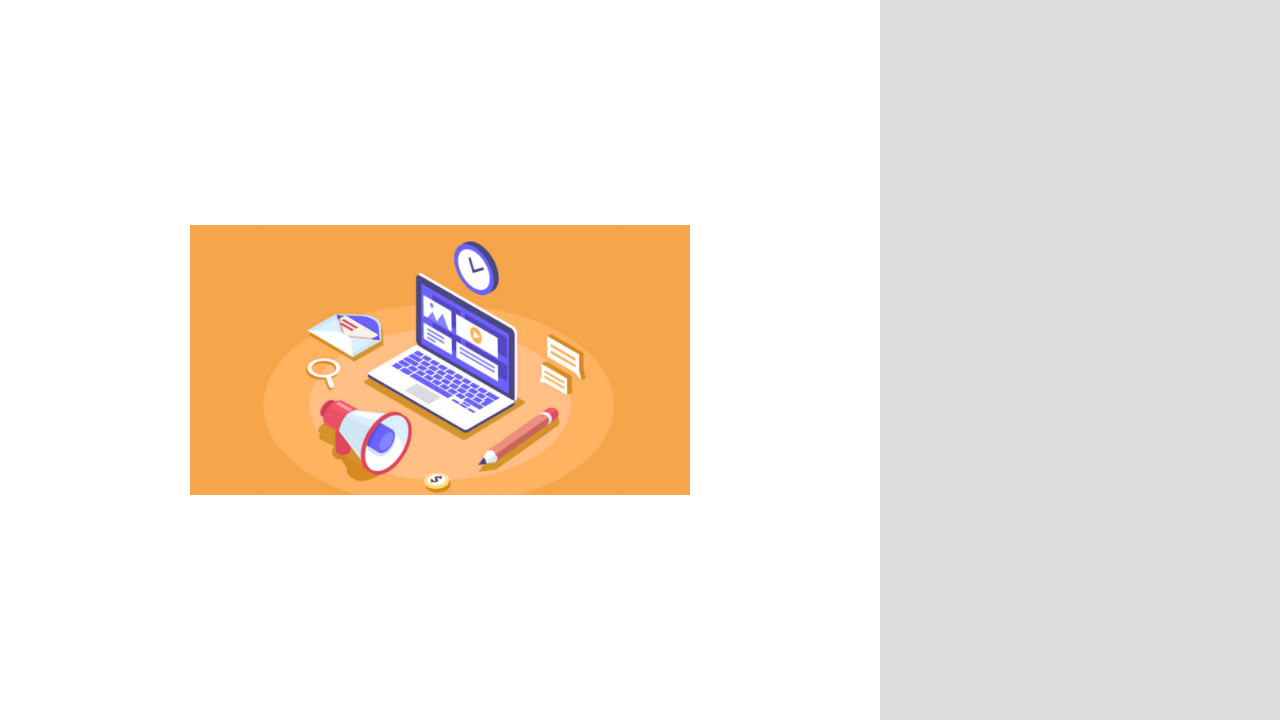
Repository: rafavirginio/tela-de-login
Page: index.html
These files come from the project's save history. The page is drawn as it stood at one moment and after the next save; the edit follows.
The browser window is 1280 px wide. The pictures show the whole page.

Above is the page before, as saved 2020-09-14 23:14:48.

After the next save:
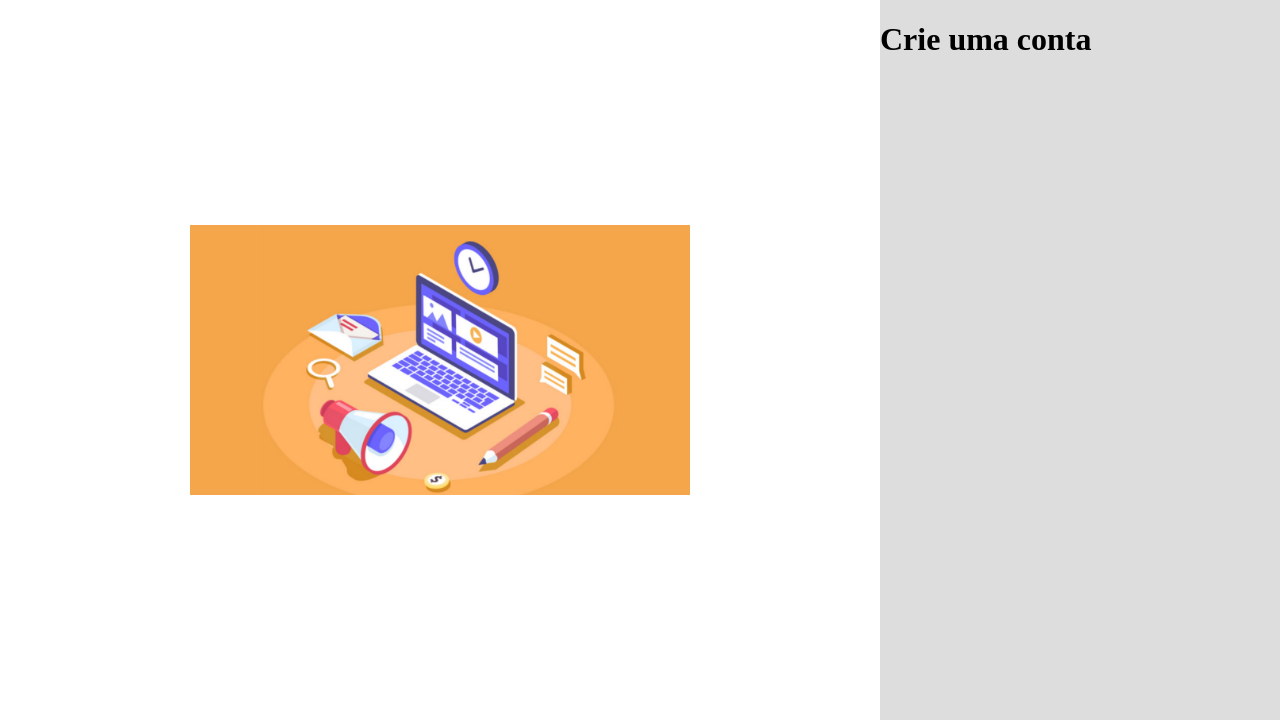
Saved 91 s later.
--- a/index.html
+++ b/index.html
@@ -15,6 +15,10 @@
 
         </div>
         <div class="rightside">
+            <h1>Crie uma conta</h1>
+
+            <form method="POST">
+            </form>
 
 
             <div>
